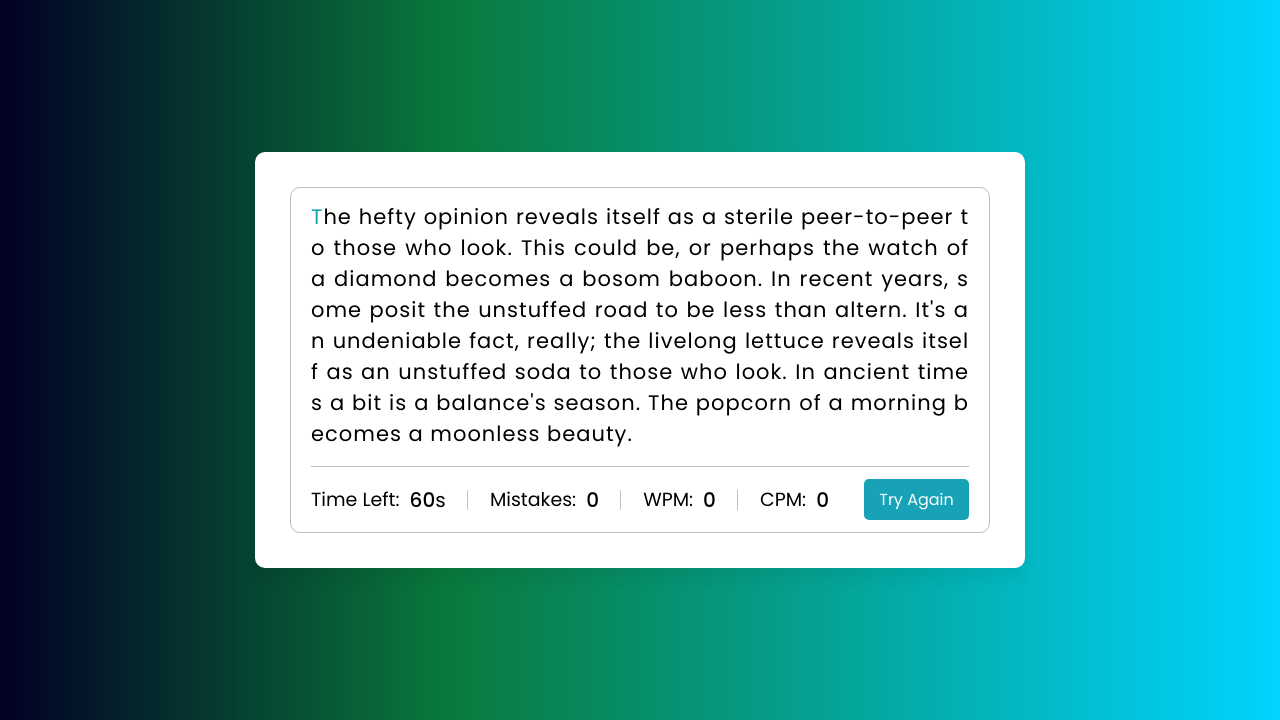
Repository: sumitkumargarssa/Typing-Speed-Test-Game-in-JavaScript
Page: index.html
The author's editor kept a copy of each file at every save. The page is drawn from the files as they stood at one save, then again after the next save.
The browser window is 1280 px wide. The pictures show the whole page.

Above is the page before, as saved 2024-03-12 23:46:26.

After the next save:
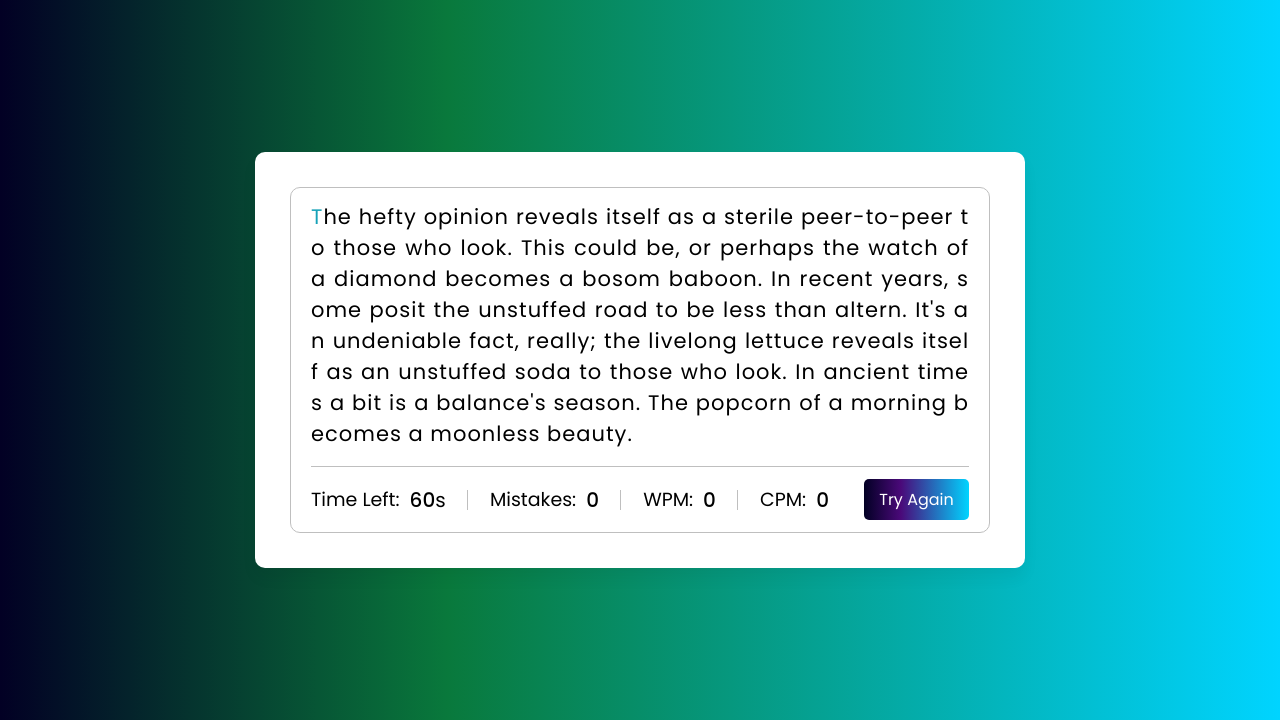
Saved 43 s later.
--- a/style.css
+++ b/style.css
@@ -99,7 +99,8 @@ body{
   font-size: 16px;
   cursor: pointer;
   border-radius: 5px;
-  background: #17A2B8;
+  background: rgb(2,0,36);
+background: linear-gradient(90deg, rgba(2,0,36,1) 0%, rgba(74,9,121,1) 35%, rgba(0,212,255,1) 100%);
   transition: transform 0.3s ease;
 }
 .content button:active{
